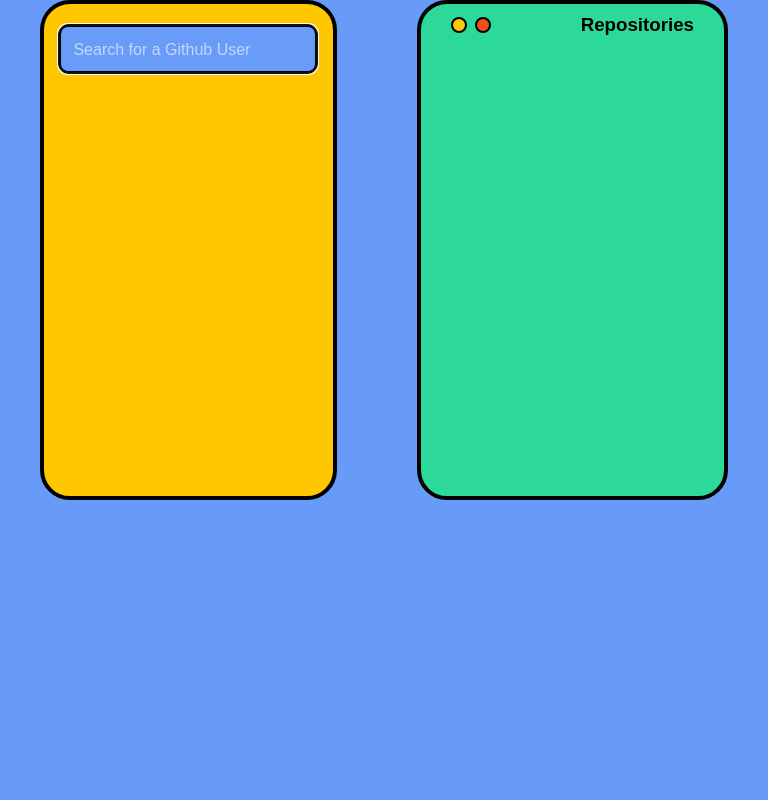
Repository: ThisIsSahaj/Js-Projects
Page: GitHubSearch/index.html
The author's editor kept a copy of each file at every save. The page is drawn from the files as they stood at one save, then again after the next save.
The browser window is 768 px wide. The pictures show the whole page.
The page's requests for data from a server got no answer.

Above is the page before, as saved 2024-04-25 22:04:07.

### GitHubSearch/index.html
<!DOCTYPE html>
<html lang="en">

<head>
    <meta charset="UTF-8" />
    <meta name="viewport" content="width=device-width, initial-scale=1.0" />
    <title>Github Profiles</title>
    <link rel="stylesheet" href="style.css" />
    <link rel="stylesheet" href="https://cdnjs.cloudflare.com/ajax/libs/font-awesome/6.0.0/css/all.min.css" integrity="sha512-9usAa10IRO0HhonpyAIVpjrylPvoDwiPUiKdWk5t3PyolY1cOd4DSE0Ga+ri4AuTroPR5aQvXU9xC6qOPnzFeg==" crossorigin="anonymous" referrerpolicy="no-referrer" />

    <script src="app.js" defer></script>
</head>

<body>
    <!-- <div class="container"> -->

        <div class="leftBox box">
            <div class="inputBox">
                    <input type="text" id="search" autofocus placeholder="Search for a Github User" />
            </div>
                <div class="profile">

                </div>

        </div>

        <div class="rightBox box ">
            <div class="rightUi">

                <div style="display: flex; gap: 8px; justify-content: start; margin-right: 90px;">

                    <span style=" background-color: #FFC700; border: 2px solid black;"></span>
                    <span style=" background-color: #EF4F1E; border: 2px solid black;" ></span>
                </div>
                <h3>Repositories</h3>
            </div>
            <div class="repositories scrollbar">
        </div>
        </div>
    <!-- </div> -->
</body>

</html>

### GitHubSearch/style.css
* {
    box-sizing: border-box;
    padding: 0;
    margin: 0;
    font-family: 'whyte', Arial, Helvetica, sans-serif;
}


body{
    background-color: #689BF7;
    display: flex;
    justify-content: center;
    align-items: center;

}

/* CURSORS */
html{
    cursor: url('/assets/images/PointerBody.png'), auto;
}

 .repo, .repo p {
    cursor: url('/assets/images/PointerHover.png'), auto;
}

input, p, h3 {
    cursor: url('/assets/images/PointerText.png'), auto;

}

.container{
    border: 4px solid black;
    /* background-color: white; */
    width: 100%;
    /* width: 1300px; */
    height: 100%;
    /* padding: 40px; */
    border-radius: 30px;
    position: absolute;
    top: 50%;
    left: 50%;
    transform: translate(-50%,-50%);
    display: flex;
    justify-content: center;
    align-items: center;
    /* overflow: auto; */
}

.box{
    border: 4px solid black;
    /* width: 30%; */
    width: 430px;
    /* height: 80%; */
    margin: 0px 40px;
    margin-top: 120px;
    height: 600px;
    border-radius: 30px;
    background-color: #C8B8FF;
    position: relative ;
    text-align: center;
}

.leftBox{
    background-color:  #FFC700;
}
.rightBox{
    background-color: #2DD998;
    padding: 0px  30px;
}

.inputBox{
    height: 15%;
}
input{
    border: 3px solid black;
    border-radius: 10px;
    width: 90%;
    height: 50px;
    margin-top: 20px;
    padding: 12px;

    background-color: #699CF8;
    font-size: 18px;
    font-weight: 600;

}

::placeholder {
    color: white;
    opacity: 0.6;
    font-weight: 300;
    font-size: 16px;
  }

.profile{
    height: 80%;
}

.about{
    height: 60%;
    padding: 20px;
    display: flex;
    flex-direction: column;
    gap: 10px;
    justify-content: space-around;
    align-items: center;
}
.profileImg{
    border: 4px solid black;
    border-radius: 50%;
    height: 190px;
    width: 190px;
    display: flex;
    justify-content: center;
    align-items: center;
    background-color: #2DD998;
}

img{
    border: 4px solid black;
    border-radius: 50%;
    height: 170px;
    width: 170px;
}

.about h3{
    background-color: white;
    border: 3px solid black;
    border-radius: 6px;
    padding: 4px;
    max-width: 300px;
    max-height: 70px;
}

.details{
    height: 40%;
    padding: 20px;
    display: flex;
    flex-direction: column;
    justify-content: space-around;
    align-items: center;
}

.bio{
    border: 4px solid black;
    border-radius:8px;
    max-height: 50%;
    overflow: auto;
    background-color: white;
    padding: 8px;
    text-align: justify;
    font-weight: 500;
    line-height: 18px;
}

.bio::-webkit-scrollbar {
    display: none;
  }

.followers{
    width: 100%;
    height: 40px;
    display: flex;
    justify-content: space-around;
    align-items: center;
    padding: 4px;
    background-color: #699CF8;
    border: 3px solid black;
    border-radius: 8px;
    font-weight: 600;
    color: white;
}


.rightUi{
    display: flex;
    justify-content: start;
    align-items: center;
    margin-top: 10px;
}

.rightUi span{
    border-radius: 50%;
    width: 16px;
    height: 16px;
}

.repositories{
    overflow: auto;
    margin-top: 10px;
    padding: 0px 10px 0px 0px;
    height: 90%;
}

.scrollbar::-webkit-scrollbar {
    width: 12px;
}

.scrollbar::-webkit-scrollbar-track {
    background-color: transparent;
    border-radius: 8px;
}

.scrollbar::-webkit-scrollbar-thumb {
    background-color: white;
    border: 2px solid black;
    border-radius: 8px;
}


.repo{
    background-color: white;
    border: 3px solid black;
    height: 50px;
    border-radius: 6px;
    font-weight: 600;
    font-size: 18px;
    margin-top: 16px;
    display: flex;
    align-items: center;
    justify-content: center;
    text-decoration: none;
    color: black;


}

@media (max-width: 1024px){

 .box{
    /* width: 30%; */
    width: 370px;
    height: 500px;
    /* height: 80%; */
    margin: 0px 40px;
 }
}
@media (max-width: 900px){

    .container{
        /* flex-direction: column; */
    }
 .box{
    /* width: 30%; */
    width: 320px;
    height: 500px;
    /* height: 80%; */
    margin: 0px 40px;
 }
 .followers p{
    font-size: 14px;

 }
}

@media (max-width: 820px){
  .container{
    flex-direction: column;
  }
}

### GitHubSearch/app.js
const APIURL = 'https://api.github.com/users/';

const leftBox = document.querySelector('.profile');
const rightBox = document.querySelector('.rightBox');
const input = document.querySelector('input');
const repositories = document.querySelector('.repositories');

const getUser = async (username) => {

    //fetching data
    const response = await fetch(APIURL + username);

    //converting response into json
    const data = await response.json();

    console.log(data);



const leftBoxHtmlData = `

<div class="about">
<div class="profileImg">
<img src= "${data.avatar_url}" alt="avatar">
                </div>
                <h3>${data.name}</h3>
                </div>
            <div class="details">
            <div class="bio ">
                <p>${data.bio}</p>
                </div>
                <div class="followers">
                <p> ${data.followers} Followers</p>
                •
                <p> ${data.following} Following </p>
                •
                <p> ${data.public_repos} Repositories </p>

              </div>
              </div>

              `

getRepos(username);
// leftBox.insertAdjacentHTML("beforeend",leftBoxHtmlData);
leftBox.innerHTML = leftBoxHtmlData;


}


const getRepos = async (username) => {
    repositories.innerHTML = '';

    const response = await fetch(APIURL + username + '/repos');
    const data = await response.json();

    console.log(data);

    data.forEach((curRepo) => {

        const repo = document.createElement('a'); //creating anchor tag
        repo.classList.add('repo');     // adding class
        repo.href = curRepo.svn_url ;   // repo url
        repo.target = '_blank';         // open in new tab
        repo.innerText = curRepo.name;  // repo name

        repositories.appendChild(repo);

    });
}

input.addEventListener('keyup', (event)=>{

    if(event.key == 'Enter')
    {

        if(input.value.length > 0)
        {
            console.log(input.value);
            getUser(input.value);
            input.value = "";

        }
    }
})


getUser('ThisIsSahaj');

After the next save:
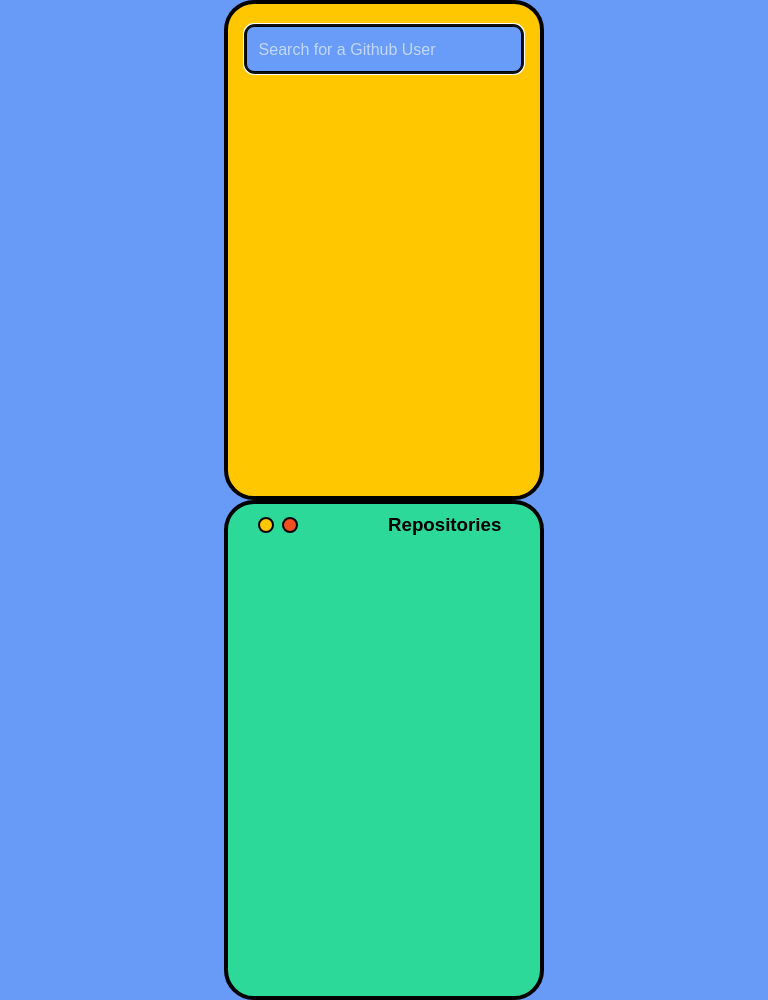
Saved 44 s later.
--- a/GitHubSearch/style.css
+++ b/GitHubSearch/style.css
@@ -254,7 +254,8 @@ img{
 }
 
 @media (max-width: 820px){
-  .container{
+  body{
+    display: flex;
     flex-direction: column;
   }
 }
